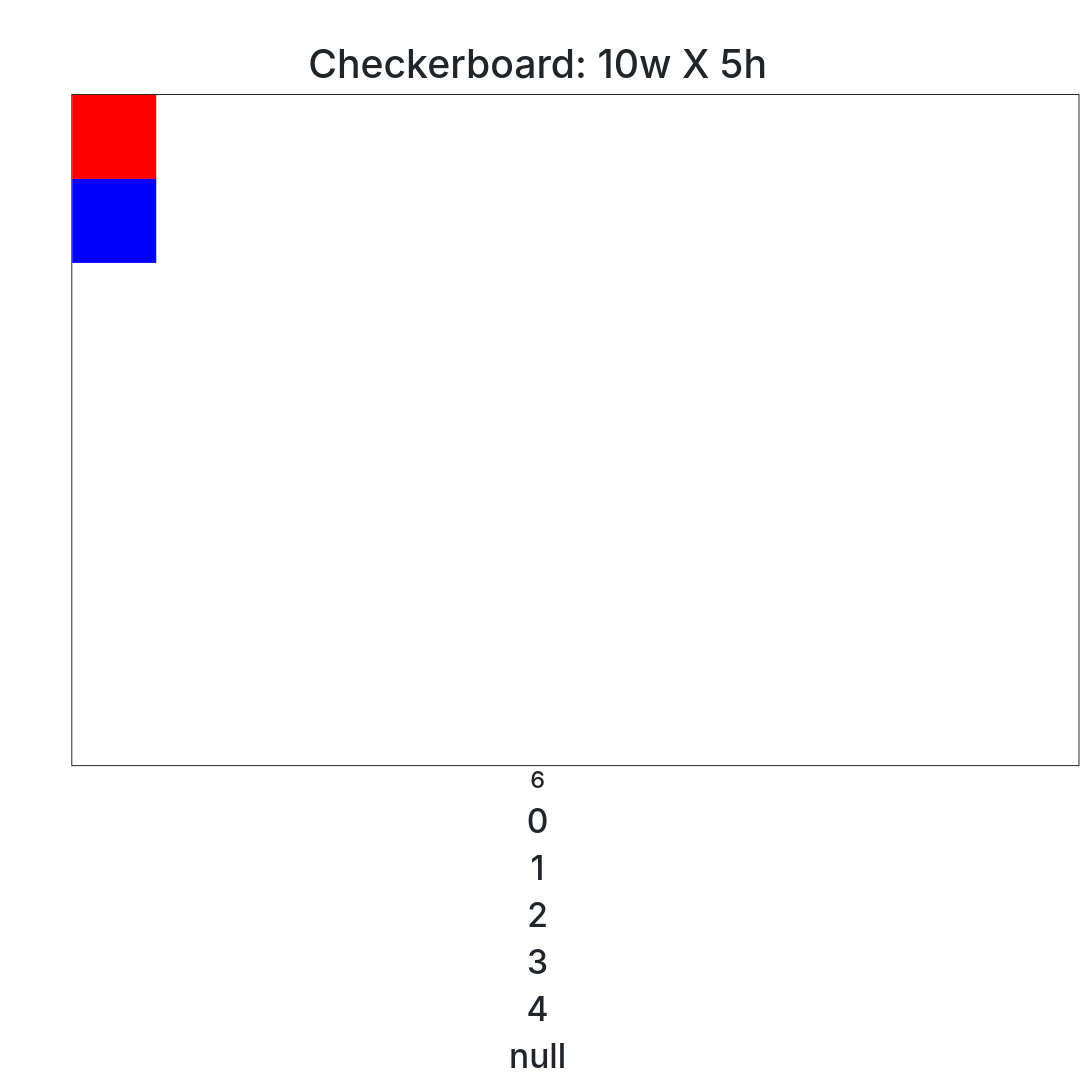
Repository: ACow3/java
Page: http://localhost/Checkerboard/checkerboard.jsp
The author's editor kept a copy of each file at every save. The page is drawn from the files as they stood at one save, then again after the next save.
The browser window is 1280 px wide. The page is 1285 px wide, then 1286 px, so the pictures cover 1286 px, including what lies to the right of the window. The pictures show the whole page, at 84% of full size.
The page is served by Tomcat 9.

Above is the page before, as saved 2019-08-09 00:57:23.

After the next save:
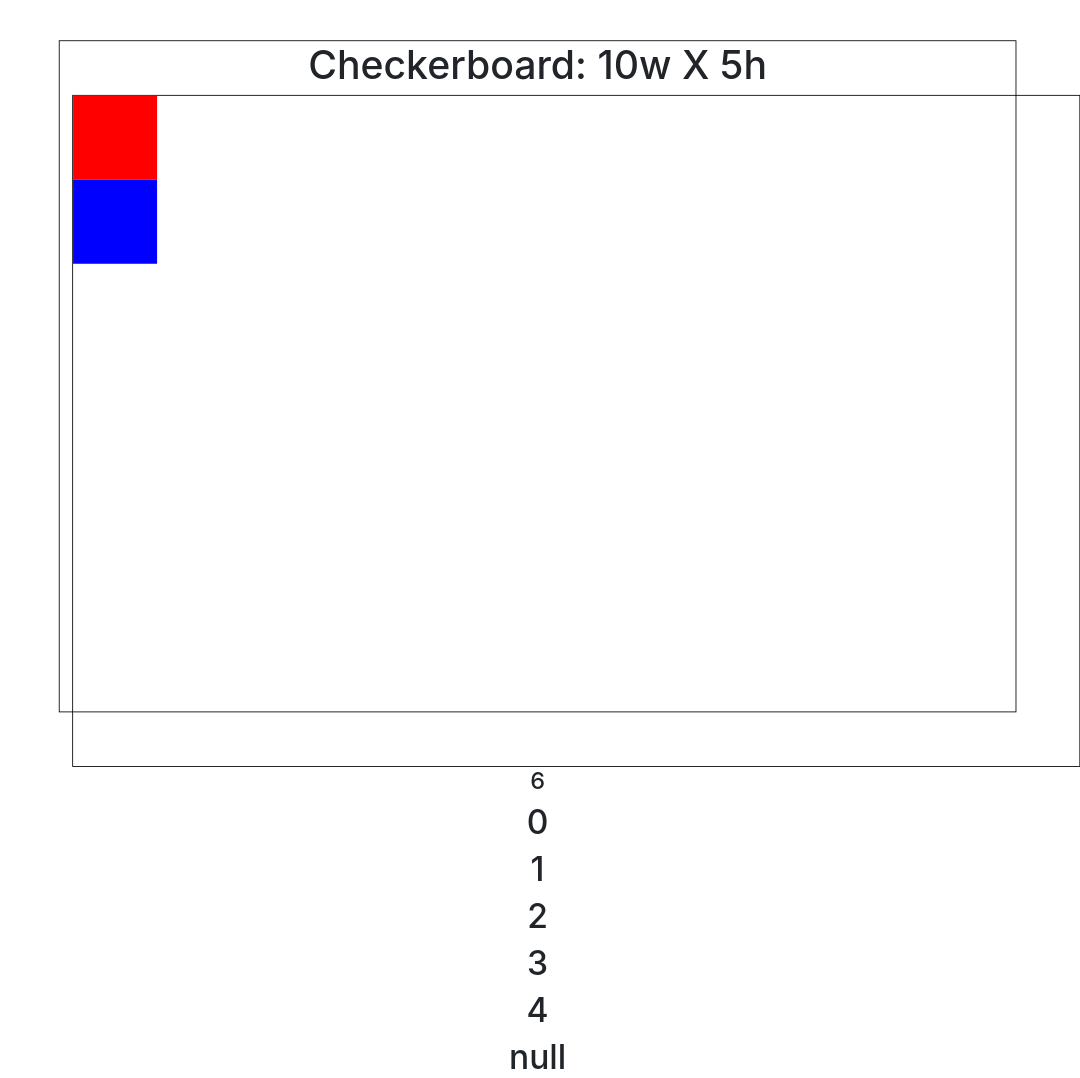
Saved 72 s later.
--- a/javaOOP/Checkerboard/WebContent/checkerboard.jsp
+++ b/javaOOP/Checkerboard/WebContent/checkerboard.jsp
@@ -9,6 +9,9 @@
 <style>
 	.container{
 		text-align: center;
+		width: 1200px;
+		height: 800px;
+		border: 1px solid black;
 	}
 
 	.cb_title{
